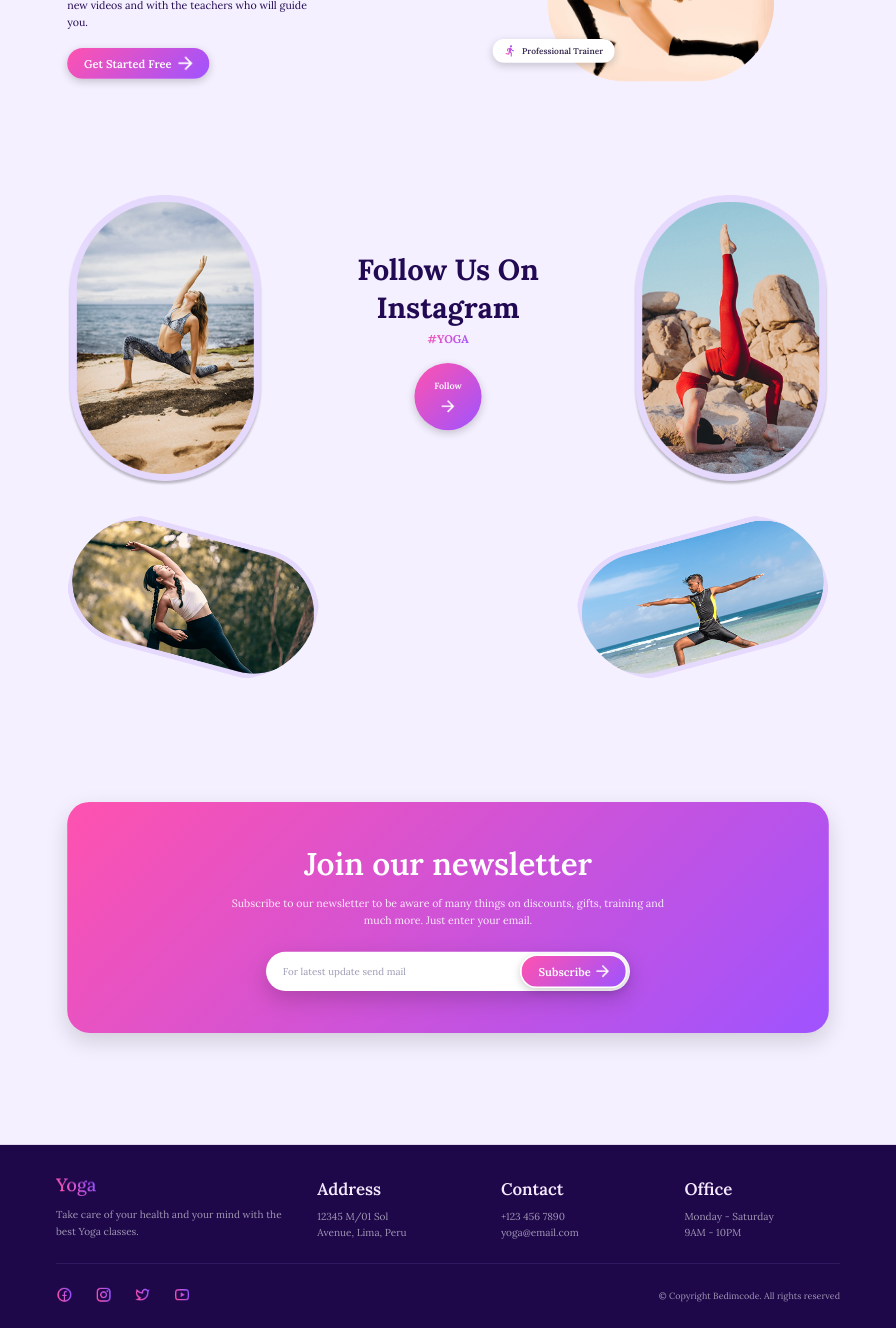
Repository: EunsuhJeon/responsive-yoga-website
Page: index.html
The author's editor kept a copy of each file at every save. The page is drawn from the files as they stood at one save, then again after the next save.
The browser window is 1280 px wide. The pictures show the part of the page from y = 1492 to 3412 px (the page is 3389 px tall before and 3412 px after), at 70% of full size.

Above is the page before, as saved 2025-11-27 00:20:07.

After the next save:
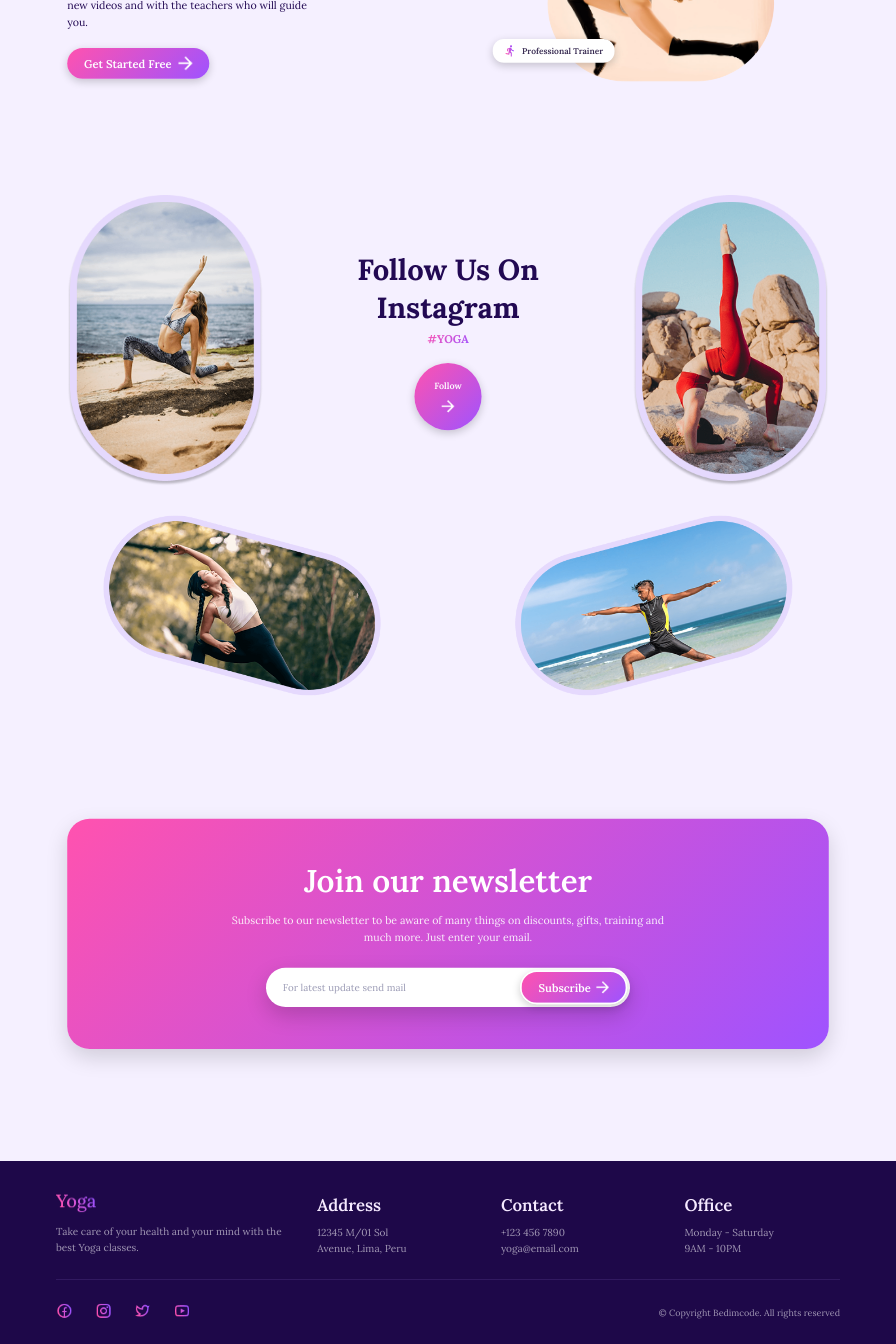
Saved 27 s later.
--- a/main.css
+++ b/main.css
@@ -657,9 +657,8 @@ header a{
 /* Imágenes inferiores (apaisadas, ya rotadas en el archivo) */
 .seccion-5-img-bl,
 .seccion-5-img-br {
-  width: auto;
-  height: auto;
-  max-width: 360px;
+  width: 500px;
+  height: 257px;
 }
 
 /* Botón circular central */
